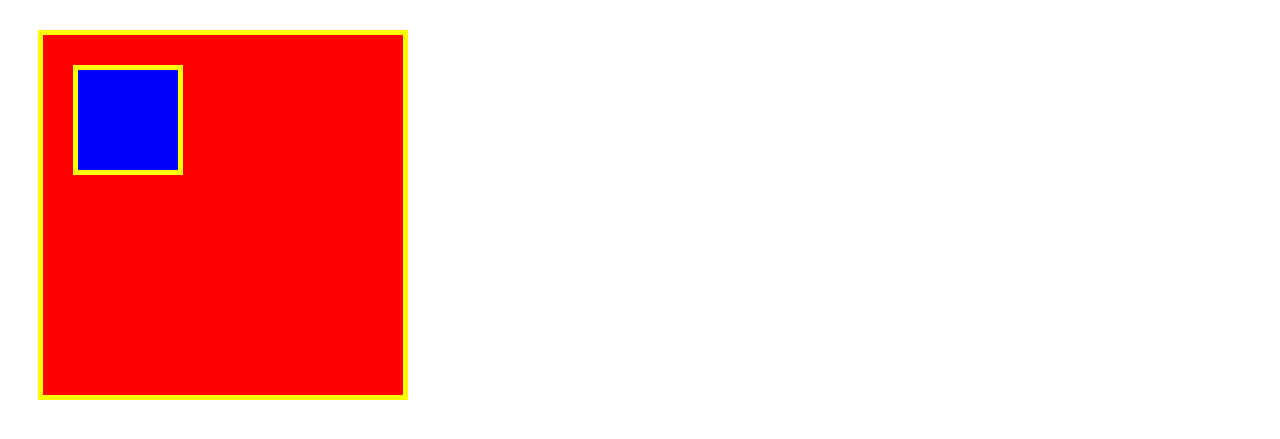
Repository: hal96no/caravan
Page: box/box.html
The author's editor kept a record of every edit. The page is drawn from the files as they stood at one moment, then again after the next edit.
The browser window is 1280 px wide. The pictures show the whole page.

Above is the page before.

After the next edit:
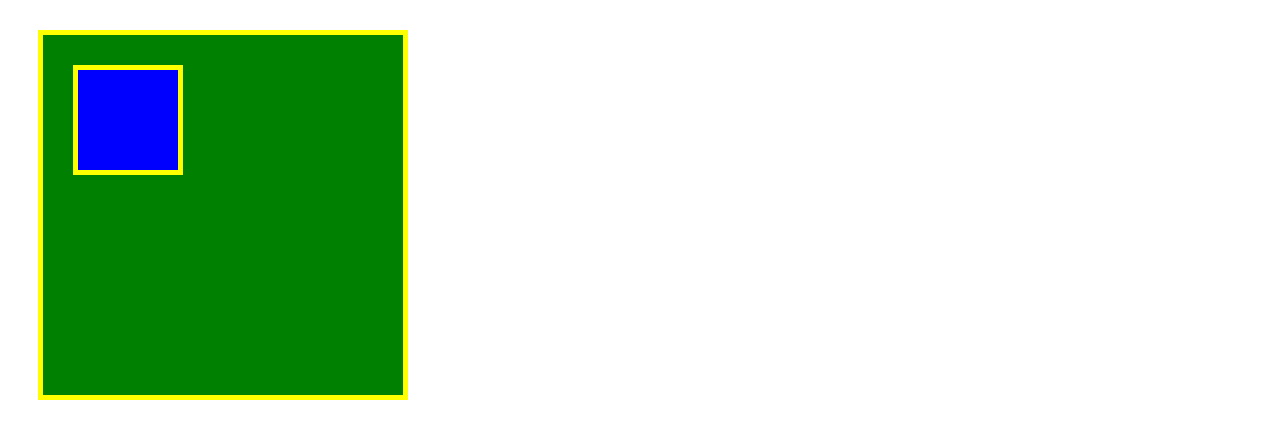
The edit:
--- a/box/box.css
+++ b/box/box.css
@@ -1,7 +1,7 @@
 .box1 {
   width: 300px;
   height: 300px;
-  background-color: red;
+  background-color: green;
   margin: 30px;
   padding: 30px;
   border: 5px solid yellow;
